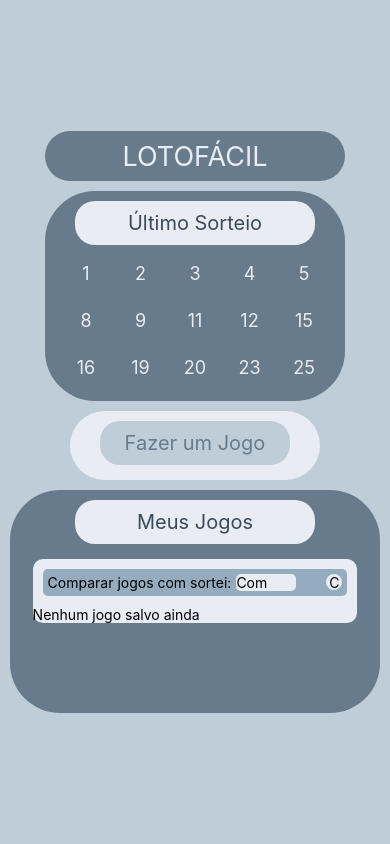
Repository: Deyvid-Kasteh/LotofacilApp
Screen: /
The author's editor kept a copy of each file at every save. The screen is drawn from the files as they stood at one save, then again after the next save.
The app was drawn by React Native's web renderer in a window 390 px wide. The project was rebuilt for these pictures with package versions that can differ from the ones it lists, and the page was loaded fresh each time. Also part of the build but not shown: Bolhas.js, components/Resultado.js, paginaTESTE.js, paginaTESTE2.js, SeuComponentePai.js, components/Jogo.js, components/ResultadoTexte2.js.

Above is the screen before, as saved 2023-12-03 01:42:49.

### App.js
import { StatusBar } from 'expo-status-bar';
import { Text, View } from 'react-native';
import MainPage from './pages/MainPage';

export default function App() {
  return (
    <MainPage/>
  );
}

### pages/MainPage.js
import { View, Text } from 'react-native'
import React from 'react'
import { StatusBar } from "expo-status-bar";
import Resultado from '../components/Resultado';
import PaginaTesteee from '../paginaTESTE';
import Teste2pagina from '../paginaTESTE2';
import SeuComponentePai from '../SeuComponentePai';
import ResultadoTexte from '../components/ResultadoTexte';
import ResultadoTexte2 from '../components/ResultadoTexte2';
import MostrarJogosSalvos from '../components/MostrarJogosSalvos';
import ResultadoTexteParaFazerCorreções from '../paginaTESTE';
import PickerTeste from '../paginaTESTE';






const MainPage = () => {
  return (
    <View
      style={{
        flex: 1,
        alignItems: "center",
        justifyContent: "flex-start",
        backgroundColor: "#BFCDD9",
      }}
    >
      <StatusBar style="auto" />
      {/* <Text>Lotofácil</Text> */}
      {/* <Resultado /> */}
      {/* <PaginaTesteee /> */}
      {/* <Teste2pagina/> */}
      {/* <SeuComponentePai/> */}
      <ResultadoTexte />
      {/* <PickerTeste /> */}
      {/* <ResultadoTexte2/> */}
      {/* <MostrarJogosSalvos /> */}
    </View>
  );
}

export default MainPage

### components/ResultadoTexte.js
import { View, Text, TouchableOpacity } from "react-native";
import React, { useState } from "react";
import AsyncStorage from "@react-native-async-storage/async-storage";

import Bubble from "./Bubble";
import latestJson from "../Latest.json";
import Bolhas from "../Bolhas";
import Jogo from "./Jogo";
import MostrarJogosSalvos from "./MostrarJogosSalvos";

// Defina constantes para cores
const backgroundColor1 = "#687B8C";
const backgroundColor2 = "#394A59";
const backgroundColor3 = "#E9ECF2";

const bolhasContainerStyle = {
  flexWrap: "wrap",
  flexDirection: "row",
  alignContent: "center",
  justifyContent: "space-evenly",
};
const ResultadoTexte = () => {
  const [viewHeight, setViewHeight] = useState(50);
  const toggleHeight = () => {
    const newHeight = viewHeight === 50 ? 200 : 50;
    setViewHeight(newHeight);
    console.log("mudou");
  };

  const [alturaView1, setAlturaView1] = useState(200);
  const toggleAltura = () => {
    const novaAltura = alturaView1 === 200 ? 50 : 200;
    setAlturaView1(novaAltura);
  };

  const [alturaView3, setAlturaView3] = useState(200);
  const toggleAlturaView3 = () => {
    const novaAlturaView3 = alturaView3 === 200 ? 50 : 200;
    setAlturaView3(novaAlturaView3);
  };

  const dezenas = latestJson.Dezenas;

  const renderFazerJogo = () => {
    const [chosenNumbers, setChosenNumbers] = useState([]);
    const bolhasSelecionadas = chosenNumbers.length;
    const onSaveJogoPress = async () => {
      if (bolhasSelecionadas === 15) {
        try {
          // Recupera os jogos já salvos (se existirem)
          const jogosSalvosJSON = await AsyncStorage.getItem("meusJogos");
          const jogosSalvos = jogosSalvosJSON
            ? JSON.parse(jogosSalvosJSON)
            : [];

          // Cria um objeto representando o jogo atual
          const jogoAtual = {
            numerosSelecionados: chosenNumbers,
            data: new Date().toLocaleString(),
          };

          // Adiciona o jogo atual à lista de jogos
          jogosSalvos.push(jogoAtual);

          // Salva a lista atualizada de jogos no AsyncStorage
          await AsyncStorage.setItem("meusJogos", JSON.stringify(jogosSalvos));

          console.log("Jogo salvo!");
          // Limpa os números escolhidos após salvar o jogo
          setChosenNumbers([]);
        } catch (error) {
          console.error("Erro ao salvar o jogo:", error);
        }
      } else {
        console.log("Selecione exatamente 15 números para salvar o jogo.");
      }
    };
    const handleBolhaPress = (numero) => {
      if (chosenNumbers.includes(numero)) {
        setChosenNumbers(chosenNumbers.filter((num) => num !== numero));
      } else {
        if (bolhasSelecionadas < 15) {
          setChosenNumbers([...chosenNumbers, numero]);
        }
      }
    };
    const dezenasParaEscolher = Array.from({ length: 25 }, (_, i) => i + 1);

    if (viewHeight === 50) {
      return null;
    } else {
      return (
        <View style={{ justifyContent: "center", alignItems: "center" }}>
          <View style={{}}>
            <Text
              style={{
                color: backgroundColor3,
                fontSize: 16,
              }}
            >
              Escolha 15 números
            </Text>
          </View>
          <View style={bolhasContainerStyle}>
            {dezenasParaEscolher.map((numero, index) => (
              <Bolhas
                key={index}
                numero={numero}
                choose={chosenNumbers.includes(numero)}
                onPress={() => handleBolhaPress(numero)}
              />
            ))}
          </View>
          <View key="números" style={{}}>
            <Text
              style={{
                color: backgroundColor3,
                fontSize: 16,
              }}
            >
              {bolhasSelecionadas} números selecionados
            </Text>
            <TouchableOpacity onPress={onSaveJogoPress}>
              <Text
                style={{
                  color: bolhasSelecionadas === 15 ? "green" : backgroundColor3,
                }}
              >
                SALVAR JOGO
              </Text>
            </TouchableOpacity>
            {/* <TouchableOpacity onPress={onDeleteJogosPress}>
              <Text style={{ color: "red" }}>DELETAR JOGOS</Text>
            </TouchableOpacity> */}
          </View>
        </View>
      );
    }
  };

  const renderConferirJogos = () => {
    if (alturaView3 === 50) {
      return null; // Retorna null se a altura for 50
    } else {
      return (
        <View style={bolhasContainerStyle}>
          <MostrarJogosSalvos />
        </View>
      );
    }
  };

  return (
    <View
      style={{
        flex: 1,
        justifyContent: "center",
        alignItems: "center",
      }}
    >
      <View
        style={{
          width: 300,
          height: 50,
          borderRadius: 50,
          alignItems: "center",
          justifyContent: "center",
          elevation: 2,
          backgroundColor: backgroundColor1,
          marginBottom: 10,
        }}
      >
        <Text
          style={{
            color: backgroundColor3,
            fontSize: 27,
          }}
        >
          LOTOFÁCIL
        </Text>
      </View>

      <View
        key="1"
        style={[
          {
            width: 300,
            padding: 10,
            borderRadius: 50,
            alignItems: "center",
            elevation: 2,
            backgroundColor: backgroundColor1,
            marginBottom: 10,
          },
          alturaView1 === 50
            ? { width: 250, backgroundColor: "#E9ECF2" }
            : { width: 300, backgroundColor: "#687B8C" },
        ]}
      >
        <TouchableOpacity
          style={[
            {
              width: 240,
              backgroundColor: backgroundColor3,
              elevation: 5,
              justifyContent: "center",
              alignItems: "center",
              padding: 10,
              borderRadius: 20,
              marginBottom: 5,
            },
            alturaView1 === 50
              ? { width: 190, backgroundColor: "#BFCDD9" }
              : { width: 240, backgroundColor: "#E9ECF2" },
          ]}
          onPress={() => toggleAltura()}
        >
          <Text
            style={{
              fontSize: 20,
              color: alturaView1 === 50 ? backgroundColor1 : backgroundColor2,
            }}
          >
            Último Sorteio
          </Text>
        </TouchableOpacity>

        {alturaView1 === 200 && (
          <View style={bolhasContainerStyle}>
            {dezenas.map((numero, index) => (
              <Bubble key={index} numero={numero} />
            ))}
          </View>
        )}
      </View>

      <View
        key="2"
        style={[
          {
            width: 300,
            padding: 10,
            borderRadius: 50,
            alignItems: "center",
            elevation: 2,
            marginBottom: 10,
          },
          viewHeight === 50
            ? { width: 250, backgroundColor: "#E9ECF2" }
            : { width: 300, backgroundColor: "#687B8C" },
        ]}
      >
        <TouchableOpacity
          style={[
            {
              width: 240,
              elevation: 5,
              justifyContent: "center",
              alignItems: "center",
              padding: 10,
              borderRadius: 20,
              marginBottom: 5,
            },
            viewHeight === 50
              ? { width: 190, backgroundColor: "#BFCDD9" }
              : { width: 240, backgroundColor: "#E9ECF2" },
          ]}
          onPress={() => toggleHeight()}
        >
          <Text
            style={{
              fontSize: 20,
              color: viewHeight === 50 ? backgroundColor1 : backgroundColor2,
            }}
          >
            Fazer um Jogo
          </Text>
        </TouchableOpacity>
        {renderFazerJogo()}
      </View>
      <View
        key="3"
        style={[
          {
            width: 300,
            padding: 10,
            borderRadius: 50,
            alignItems: "center",
            elevation: 2,
          },
          alturaView3 === 50
            ? { width: 250, backgroundColor: "#E9ECF2" }
            : { width: 370, backgroundColor: "#687B8C" },
        ]}
      >
        <TouchableOpacity
          style={[
            {
              width: 240,
              elevation: 5,
              justifyContent: "center",
              alignItems: "center",
              padding: 10,
              borderRadius: 20,
              marginBottom: 5,
            },
            alturaView3 === 50
              ? { width: 190, backgroundColor: "#BFCDD9" }
              : { width: 240, backgroundColor: "#E9ECF2" },
          ]}
          onPress={() => toggleAlturaView3()}
        >
          <Text
            style={{
              fontSize: 20,
              color: alturaView3 === 50 ? backgroundColor1 : backgroundColor2,
            }}
          >
            Meus Jogos
          </Text>
        </TouchableOpacity>
        {renderConferirJogos()}
        {/* <MostrarJogosSalvos/> */}
      </View>
    </View>
  );
};

export default ResultadoTexte;

### components/MostrarJogosSalvos.js
import React, { useState, useEffect } from "react";
import { View, Text, TouchableOpacity } from "react-native";
import AsyncStorage from "@react-native-async-storage/async-storage";
import Jogo from "./Jogo";
import * as Cores from "../assets/Cores";


const MostrarJogosSalvos = () => {
  const [jogosSalvos, setJogosSalvos] = useState([]);

  // Adicione a função saveJogos
  const saveJogos = async (jogos) => {
    try {
      await AsyncStorage.setItem("meusJogos", JSON.stringify(jogos));
    } catch (error) {
      console.error("Erro ao salvar jogos:", error);
    }
  };

  const handleDelete = async (index) => {
    try {
      const jogosAtualizados = [...jogosSalvos];
      jogosAtualizados.splice(index, 1);

      await saveJogos(jogosAtualizados);

      setJogosSalvos(jogosAtualizados);
    } catch (error) {
      console.error("Erro ao deletar jogo:", error);
    }
  };

  useEffect(() => {
    const carregarJogosSalvos = async () => {
      try {
        const jogosSalvosJSON = await AsyncStorage.getItem("meusJogos");
        const jogosSalvos = jogosSalvosJSON ? JSON.parse(jogosSalvosJSON) : [];
        setJogosSalvos(jogosSalvos);
      } catch (error) {
        console.error("Erro ao carregar jogos salvos:", error);
      }
    };

    carregarJogosSalvos();
  }, []);

  return (
    <View
      style={{
        borderRadius: 10,
        backgroundColor: Cores.cor1,
        marginTop: 10,
        marginBottom: 80,
      }}
    >
      <View
        style={{
          margin: 10,
          padding: 5,
          backgroundColor: Cores.cor3,
          borderRadius: 5,
          flexDirection: "row",
        }}
      >
        <View>
          <Text>Comparar jogos com sortei:</Text>
        </View>
        <View
          style={{
            borderRadius: 5,
            backgroundColor: Cores.cor1,
            width: 60,
            marginLeft: 5,
          }}
        >
          <Text>Com</Text>
        </View>
        <View
          style={{
            width: 16,
            height: 16,
            alignItems: "center",
            justifyContent: "center",
            borderRadius: 50,
            backgroundColor: Cores.cor1,
            marginLeft: 30,
          }}
        >
          <Text>C</Text>
        </View>
      </View>
      {jogosSalvos.length === 0 ? (
        <Text>Nenhum jogo salvo ainda</Text>
      ) : (
        jogosSalvos.map((jogo, index) => (
          <Jogo
            key={index}
            numerosSelecionados={jogo.numerosSelecionados}
            onDelete={() => handleDelete(index)}
          />
        ))
      )}
    </View>
  );
};

export default MostrarJogosSalvos;

### components/Bubble.js
import { View, Text } from "react-native";
import React from "react";

const Bubble = (props) => {
  if (props.choose) {console.log(props.choose)}
  return (
    <View
      style={[
        {
          width: 35,
          height: 35,
          // backgroundColor: "#394A59",
          // backgroundColor: "#687B8C",

          borderRadius: 50,
          alignContent: "center",
          justifyContent: "center",
          alignItems: "center",
          margin: 6,
          // elevation: 5,
          opacity: 1,
        },
        props.choose
          ? { backgroundColor: "#394A59" }
          : { backgroundColor: "#687B8C" },
      ]}
    >
      <Text
        style={{
          color: "#E9ECF2",
          fontSize: 18,
        }}
      >
        {props.numero}
      </Text>
    </View>
  );
};

export default Bubble;

### Latest.json
{
  "concurso": 2960,
  "Data Sorteio": "22/11/2023",
  "Dezenas": [
    1,
    2,
    3,
    4,
    5,
    8,
    9,
    11,
    12,
    15,
    16,
    19,
    20,
    23,
    25
  ],
  "Ganhadores 15 acertos": 3,
  "Cidade / UF": "BRASILIA/DF; JARAGUA/GO; IPATINGA/MG",
  "Premio 15 Acertos": "R$1.639.439,24",
  "Ganhadores 14 Acertos": 433,
  "Premio 14 Acertos": "R$1.732,84",
  "Ganhadores 13 Acertos": 13831,
  "Premio 13 Acertos": "R$30,00",
  "Ganhadores 12 Acertos": 163567,
  "Premio 12 Acertos": "R$12,00",
  "Ganhadores 11 Acertos": 882304,
  "Premio 11 Acertos": "R$6,00"
}

### assets/Cores.js
export const cor1 = "#E9ECF2"; // Cor mais clara
export const cor2 = "#BFCDD9";
export const cor3 = "#95ACBF";
export const cor4 = "#687B8C";
export const cor5 = "#394A59"; // Cor mais escura

After the next save:
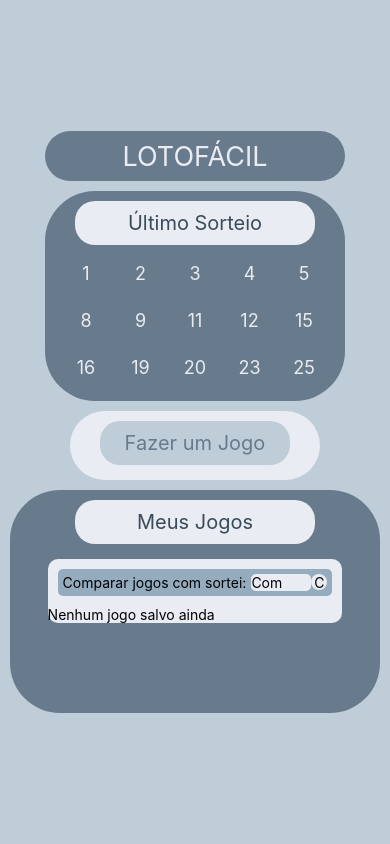
Saved 15 s later.
--- a/components/MostrarJogosSalvos.js
+++ b/components/MostrarJogosSalvos.js
@@ -83,7 +83,6 @@
             justifyContent: "center",
             borderRadius: 50,
             backgroundColor: Cores.cor1,
-            marginLeft: 30,
           }}
         >
           <Text>C</Text>
